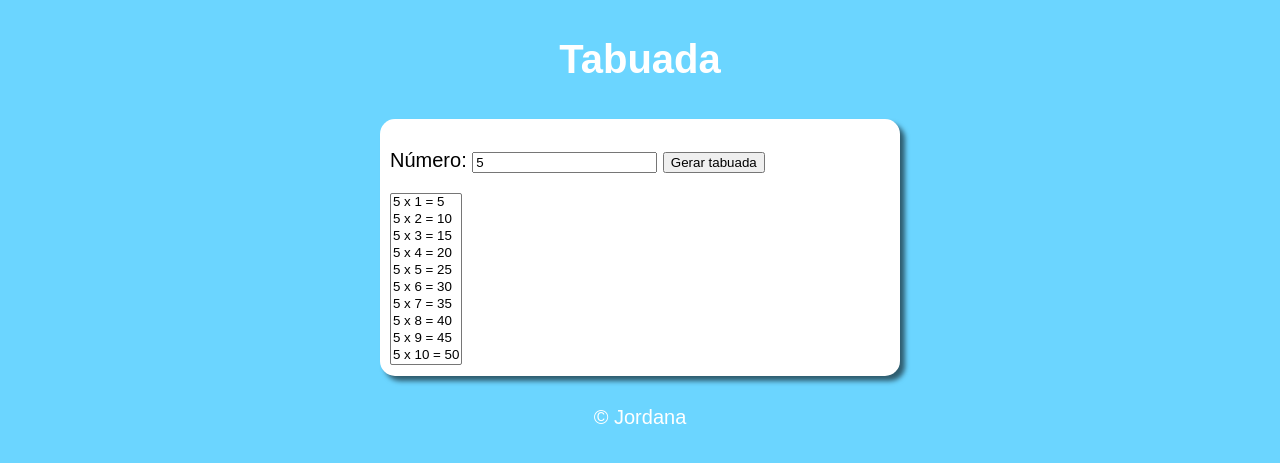
Repository: Iamjordana/Curso-JavaScript
Page: desafio/d04/index.html
The author's editor kept a copy of each file at every save. The page is drawn from the files as they stood at one save, then again after the next save.
The browser window is 1280 px wide. The pictures show the whole page.
Empty fields were first filled with sample values (such as "Sample", 5 or name@example.com).
After loading, the first visible `input[onclick="tabuada()"]` was clicked once.

Above is the page before, as saved 2025-03-19 12:08:31.

After the next save:
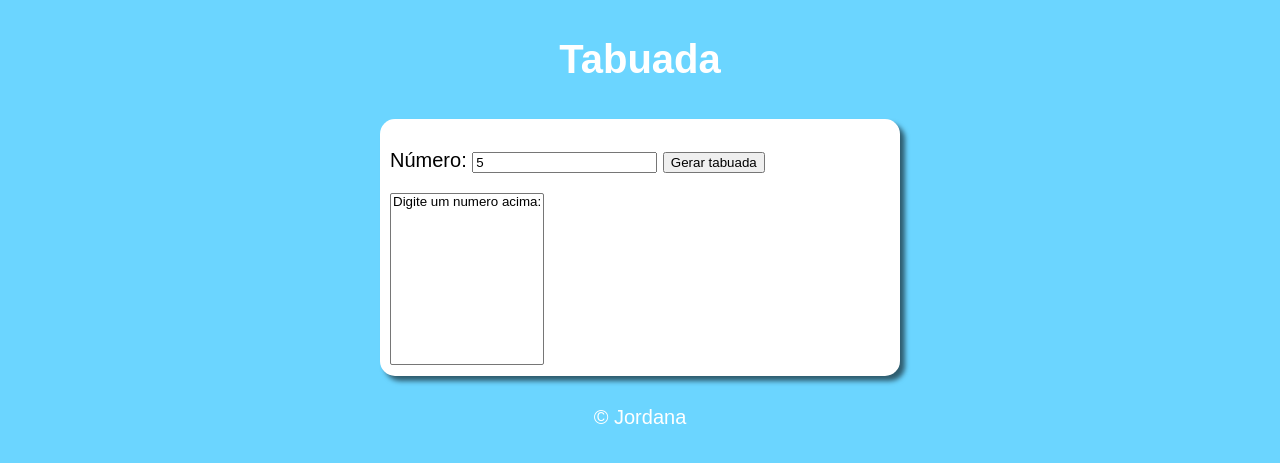
Console error: SyntaxError: Invalid or unexpected token
Saved 10 s later.
--- a/desafio/d04/script.js
+++ b/desafio/d04/script.js
@@ -5,7 +5,7 @@ function tabuada(){
     if ((num.value.length ) == 0){
         window.alert('Por favor, digite um número!')
     } else {
-        var n =  Number(num.value)
+       /* var n =  Number(num.value)
         var c = 1
         tab.innerHTML = ''
         while (c <=10 ){
